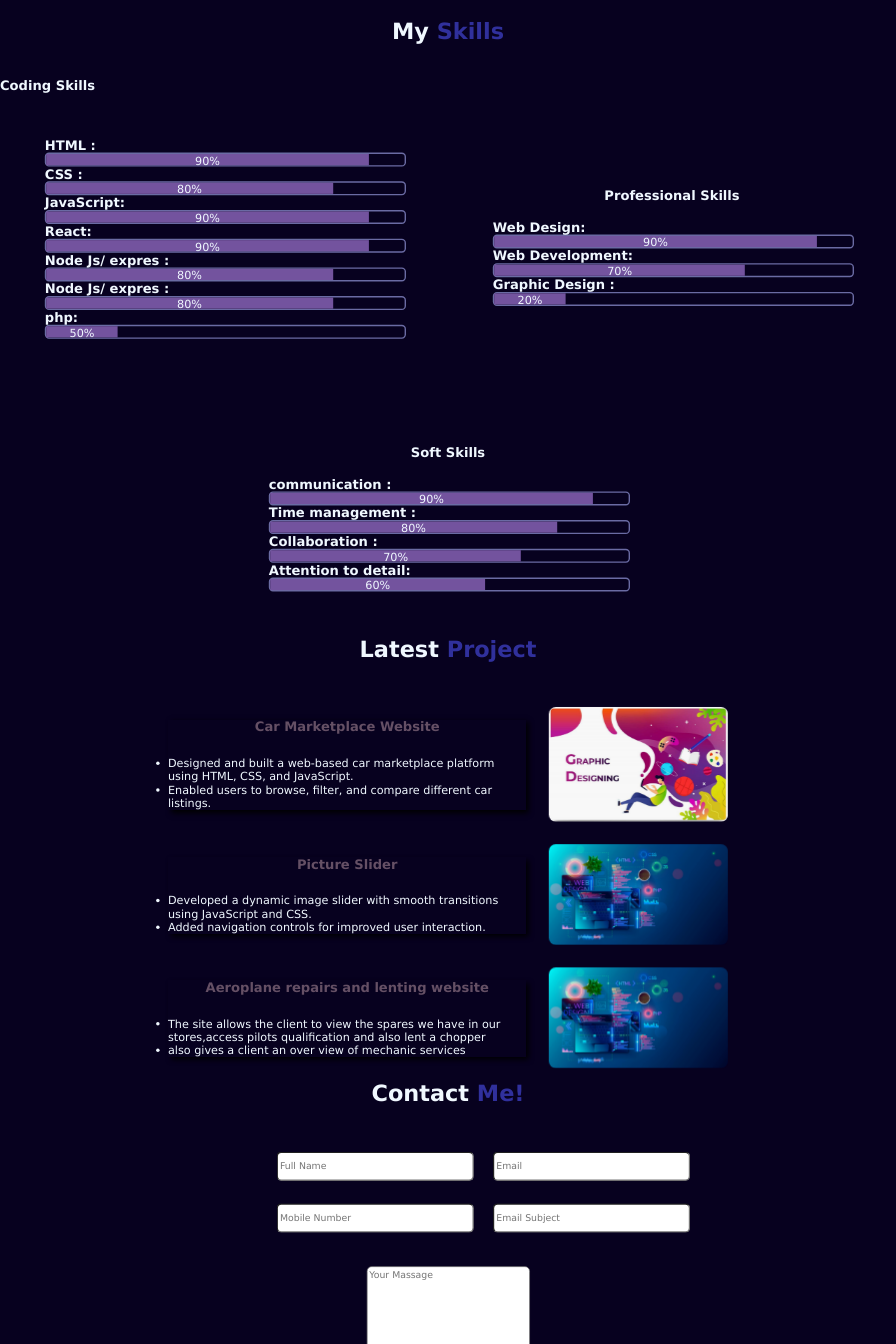
Repository: shrewd-baddest/portfolio
Page: myportfolio-main/index.html
These files come from the project's save history. The page is drawn as it stood at one moment and after the next save; the edit follows.
The browser window is 1280 px wide. The pictures show the part of the page from y = 1360 to 3280 px (the page is 3435 px tall before and 3394 px after), at 70% of full size.
Some web libraries are served in a nearby version.

Above is the page before, as saved 2025-06-24 07:51:06.

### myportfolio-main/index.html
<!DOCTYPE html>
<html lang="en">

<head>
    <meta charset="UTF-8">
    <meta http-equiv="X-UA-Compatible" content="IE=edge">
    <meta name="viewport" content="width=device-width, initial-scale=1.0">


    <title>PAUL ONSONGO - Software Engineer Portfolio</title>
  <link rel="stylesheet" href="/sting.css">

    <link rel="icon" href="img/Picsart_24-01-07_04-34-43-464.jpg">

</head>

<body>
    <!-- header design -->
    <header class="header">
        <a href="#" class="logo " >PAUL</a>
        <div id="menu_icon" class='menu_icon'>
            <img src="\myportfolio-main\img\menu.webp" alt="">
        </div>
        <nav class="navbar" id='navbar'>
            <a href="# " class="active">Home</a>
            <a href="#about">About</a>
            <a href="#skills">Skills</a>
            <a href="#portfolio">My Project</a>
            <a href="#contact">Contact</a>

         </nav>
    </header>

    <!-- home design -->
    <section class="home " id="home">
        <div class="home-content">
             <h1 class="names">Hallo, I'm <span>onsongo</span></h1>
            <div class="text-animate">
                <h3>And I'm a</h3>
                <h3><samp class="multiple-text"></samp></h3>
            </div>
            <p class="multiple-text">
                Aspiring software engineer, passionate about coding and problem-solving. Committed to learning,
                adapting, and contributing to innovative tech solutions.
            </p>
        </div>
            <div class="btn-box">
                <a href="#"  >requesting for a job opportunity</a>
            </div>

        <div class="home_sci">

            <a href="https://wa.me/0798233766" class='box-whatsapp' id="social"> <img src="\myportfolio-main\img\wozapu.png" alt=""></a>
            <a href="https://github.com/shrewd-baddest" class=' box-github' id="social"> <img src="\myportfolio-main\img\git1.png" alt=""></a>
             <a href="https://www.linkedin.com/in/paul onsongo" class=' box-linkedin' id="social"><img src="\myportfolio-main\img\linkedin.png" alt=""></a>

        </div>
    </section>

    <!-- about  -->
    <section class="about" id="about">
        <h2 class="heading">About <span>Me</span></h2>
  <div>

      <img src="\myportfolio-main\img\shrewd.jpg" alt="" id="shrewd">
  </div>

        <div class="about-content">
            <h3 class="cont-head">Frontend Developer !</h3>
            <p class="cont-par">Passionate third-year software engineering student dedicated to mastering the art of coding. Eager to
                explore diverse facets of technology, from algorithm design to web development. Enthusiastic about
                problem-solving and collaborating on innovative projects. Proficient in languages like JavaScript and it's frameworks like React,node js, express js ,   HTML /
                CSS and php. Constantly seeking opportunities to expand my skills and contribute to the ever-evolving tech
                landscape. Adept at adapting to new challenges, I aim to blend creativity with precision in crafting
                efficient software solutions. Outside the digital realm, I enjoy staying updated on industry trends and
                fostering a collaborative learning environment. Let's build the future together!</p>
        </div>

            <a href="#" class="btn">Read More</a>

    </section>

    <!-- Skills -->
    <section class="skills" id="skills">
        <h2 class="heading">My <span>Skills</span></h2>

                <h3 class="title">Coding Skills</h3>
                 <div class="grp">


                    <div class="skills-column">
                        <div class="progress">
                            <h3> HTML :</h3>
                            <div class="bar "><div class="ht ">90%</div></div>
                        </div>
                        <div class="progress">
                            <h3><i class='box-css3'></i>CSS :</h3>
                            <div class="bar"><div class="css">80%</div></div>
                        </div>
                        <div class="progress">
                            <h3><i class='bx box-javascript'></i>JavaScript:</h3>
                            <div class="bar"><div class="js">90%</div></div>
                        </div>
                      <div class="progress">
                            <h3><i class='bx box-javascript'></i>React:</h3>
                            <div class="bar"><div class="js">90%</div></div>
                        </div>
                        <div class="progress">
                            <h3><i class='box-css3'></i>Node Js/ expres :</h3>
                            <div class="bar"><div class="css">80%</div></div>
                        </div>
                        <div class="progress">
                            <h3><i class='box-css3'></i>Node Js/ expres :</h3>
                            <div class="bar"><div class="css">80%</div></div>
                        </div>
                        <div class="progress">
                              <h3><i class='bx box-javascript'></i>php:</h3>
                            <div class="bar"><div class="py">50%</div></div>

                </div>
            </div>
            <div class="skills-column">
                <h3 class="title">Professional Skills</h3>

                        <div class="progress">
                            <h3>Web Design:</h3>
                            <div class="bar"><div class="WG">90%</div></div>
                        </div>
                        <div class="progress">
                            <h3>Web Development:</h3>
                            <div class="bar"><div class="WD">70%</div></div>
                        </div>
                        <div class="progress">
                            <h3>Graphic Design :</h3>
                            <div class="bar"><div class="GD">20%</div></div>
                        </div>

                    </div>

            <div class="skills-column">
                <h3 class="title">Soft Skills</h3>
                <div class="skills-box">
                    <div class="skills-content">
                        <div class="progress">
                            <h3>communication :</h3>
                            <div class="bar"><div class="CO">90%</div></div>
                        </div>
                        <div class="progress">
                            <h3>Time management :</h3>
                            <div class="bar"><div class="TM">80%</div></div>
                        </div>
                        <div class="progress">
                            <h3>Collaboration :</h3>
                            <div class="bar"><div class="CB">70%</div></div>
                        </div>
                        <div class="progress">
                            <h3>Attention to detail:</h3>
                            <div class="bar"><div class="AT">60%</div></div>
                        </div>
                    </div>
                </div>
            </div>
        </div>

        </div>

    </section>

    <!-- portfolio -->
    <section class="portfolio" id="portfolio">
        <h2 class="heading">Latest <span>Project</span></h2>
        <div class="portfolio-container">
            <div class="portfolio-box">
                <div class="portfolio-layer">
                 <a href=""> <h3>Car Marketplace Website</h3> </a>
                  <ul>
                    <li>Designed and built a web-based car marketplace platform using HTML, CSS, and JavaScript.</li>
                    <li>Enabled users to browse, filter, and compare different car listings.</li>
                  </ul>



                 </div>
                <img src="img/grp.jpg" class="imag">
            </div>
            <div class="portfolio-box">
                <div class="portfolio-layer">
                   <a href=""> <h3>Picture Slider</h3></a>
                    <ul>
                        <li>Developed a dynamic image slider with smooth transitions using JavaScript and CSS.</li>
                        <li>Added navigation controls for improved user interaction.</li>
                    </ul>


                    <a href="#"><i class='bx bx-link-external'></i></a>
                </div>
                <img src="img/dhls5o34.png" class="imag">
           </div>

            <div class="portfolio-box">
                <div class="portfolio-layer">
                <a href=""><h3>Aeroplane repairs and lenting website </h3></a>
             <ul>
      <li>The site allows the client to view the spares we have in our stores,access pilots qualification and also lent a chopper</li>
      <li> also gives a client an over view of mechanic services</li>
             </ul>
                <a href="#"><i class='bx bx-link-external'></i></a>
            </div>
                <img src="img/dhls5o34.png" class="imag">

            </div>

        </div>
    </section>

    <!-- Contact -->
    <section class="contact" id="contact">
        <h2 class="heading">Contact <span>Me!</span></h2>
        <form action="#">
            <div class="input-box">
                <div class="input-field">
                    <input id="name" type="text" placeholder="Full Name" required>
                </div>
                <div class="input-field">
                    <input id="email" type="email" placeholder="Email" required>
                </div>
            </div>
            <div class="input-box">
                <div class="input-field">
                    <input id="mobile" type="number" placeholder="Mobile Number" required>
                </div>
                <div class="input-field">
                    <input id="emails" type="text" placeholder="Email Subject" required>
                </div>
            </div>
            <div class="textarea-field">
                <textarea id="massage" cols="30" rows="10" placeholder="Your Massage" required></textarea>

                <input type="submit" id="sub">
            </div>

        </form>
    </section>
    <!-- /Contact -->

    <footer class="footer">
        <div class="footer-text">
            <p>Copyright &copy; 2025 by onsongo | All Rights Reserved</p>
        </div>
        <div class="footer-iconTop">
            <a href="#"><i class='bx bx-upvote'></i></a>
        </div>
    </footer>
    <script src="https://cdnjs.cloudflare.com/ajax/libs/gsap/3.12.2/gsap.min.js"></script>
    <script src="https://cdnjs.cloudflare.com/ajax/libs/gsap/3.12.2/ScrollTrigger.min.js"></script>

    <script src="./script.js"></script>
    <script>
        const tl=gsap.timeline()
 tl.from('.names',
 {
       x:-100,
opacity:0,
duration:2,
}).from('.text-animate',{
x:-100,
opacity:0,
duration:2,
}).from('.multiple-text',{
    fontSize:'0.2',
    duration:3,
    ease:Power2.inOut,
}).from('#social',{
    y:-100,
opacity:0,
ease:'bounce',
    stagger:{
       amount:1.5,
        grid:'auto',
        axis:'y',
        from:'end',
    }
})
gsap.timeline({scrollTrigger: {
    trigger: '#shrewd',
    start: 'top 90%',
    end: 'bottom 70%',

  }}).from('#shrewd',{
    y:200,
    duration:1,
    opacity:0,


 }).from('.cont-head',{
    fontSize:'0.2',
    duration:1,
    ease:Power2.in,

}).from('.cont-par',{
    fontSize:'0.2',
    duration:3,
    ease:Power2.inOut,

})


gsap.timeline({
  scrollTrigger: {
    trigger: '.portfolio',
    start: 'top 90%',
    end: 'bottom 70%',
    toggleActions: 'play none none none'
  }
})
.from(".portfolio-layer", {
  x: -200,
  opacity: 0,
      duration:1,
  stagger: {
    amount:1.5,
    each: 1,
  }
}).from(".imag",{
     delay:0.4,
    opacity:0,
    duration:0.5,
    y:-40,
    ease:"bounce",

})


    </script>
</body>

</html>

### sting.css
*{
    margin: 0%;
    font-family: Verdana, Geneva, Tahoma, sans-serif;
    color: aliceblue;
    margin: 0;
    padding: 0;
     text-decoration: none;
    scroll-behavior: smooth;
 }
body{
    background-color: #07011f;
     position: relative;
     overflow-x: hidden;
}
.header{
    display:flex;
    flex-direction: row;
    flex-wrap: nowrap;
    position: sticky;
    top: 0%;
    background-color: black;
    z-index: 1000;
}
.logo{
    margin: 2rem;
    color: rgb(194, 154, 233);
    font-size: 1.5rem;
    font-weight: bolder;
    text-decoration: none;
}
.navbar{
    display: grid;
    grid-template-columns:   auto auto auto auto auto;
    position: absolute;
right: 9%;
margin-top : 2rem;
z-index: 999;

/* flex-wrap: nowrap; */

}
.navbar a{
    text-decoration: none;
    /* margin-left:2%; */
    margin-left:1.3rem;
}
.navbar a:active,a:hover {
    color: rgb(24, 74, 117);
}
 #menu_icon img{
  width:5%;
  /* height: 5%; */
  margin-top : 1.5rem;
  position: absolute;
  right: 10px;

}
.menu_icon{
  display: none;
}

.disappear{
  display: none;
}

.cool{

  display: flex;
  justify-content: center;
  align-items: center;
  flex-direction: column;

  background-color: rgb(31, 29, 33);
  list-style-type: none;
  color: rgb(35, 21, 65);
  /* max-height: 60%; */


}

.home_sci{
 display: flex;
 flex-direction: row;
 flex-wrap: nowrap;
 margin: 5rem;
}

.home_sci a img{
  width: 50%;
}

.home-content{
   margin-left: 3rem;
   max-width: 45%;
}
.home-content h1{
font-size: 2rem;
margin-top: 5rem;
margin-bottom: 4rem;
}
.text-animate h3{
    font-size: 1.4rem;
    color: rgb(178, 178, 215);
}
.home>.btn-box {
    border: 0px solid;
    margin: 3rem;
    background-color: rgb(112, 112, 162);
    padding:4px;

    border-radius: 7px;
    max-width: fit-content;
}
.btn-box a{
    text-decoration: none;

}

.about{
  background-color: rgb(29, 28, 54);
  margin-bottom: 3rem;
  padding-bottom: 3rem;

}
.about>.heading{
  font-size: 2rem;
  text-align: center;
}
.about>.heading >span{
  color: blueviolet;
}
.btn{
  border: 0px solid;
  margin: 3rem;
  background-color: rgb(112, 112, 162);
  padding:4px;

  border-radius: 7px;
  max-width: fit-content;
}
 #shrewd{
 margin-left: 30%;
  width: 35%;
  height: fit-content;
  border-radius: 50%;
 }

.about-content {
  text-align: center;
}
.about-content h3 {
  display: inline-block;
  font-size: 2.6rem;
}
.about-content p {
  font-size: 1rem;
  margin:  3rem;
}
.btn-box{
  color: white;
  margin: auto;

   transition-duration: 1s;
}
.btn-box:hover{
  background-color: rgb(29, 28, 54);
  border: 1px solid white;
}
.grp{
  display: flex;
  justify-content: center;
   align-items: center;
  flex-direction: row;
  flex-wrap: wrap;
}
 .bar{
  /* position: relative; */
  /* box-sizing: border-box; */
  height: 1rem;
  border: 2px rgb(106, 107, 163) solid;
  border-radius: 6px;
  width: 100%;

 }
 .skills-column{
  border: 0px blue solid;
  margin: 4rem;
  width:40%;
 }
.ht {
  /* position: absolute; */
  height: 1rem;
  width: 90%;
  text-align: center;
  background-color: rgb(115, 83, 158);
 }
.skills>.heading{
  text-align: center;
  font-size: 2rem;
  margin-bottom: 3rem;
}
.skills>.heading span{
  color: rgb(48, 48, 156);
}
.skills div>.title{
  margin: 1.5rem;
  text-align: center;
}
.css {
  /* position: absolute; */
  height: 1rem;
  width: 80%;
  text-align: center;
  background-color: rgb(115, 83, 158);
 }
 .js{
  /* position: absolute; */
  height: 1rem;
  width: 90%;
  background-color: rgb(115, 83, 158);
  text-align: center;
 }
 .py{
  /* position: absolute; */
  height: 1rem;
  width: 20%;
  background-color: rgb(115, 83, 158);
  text-align: center;
 }
 .WG{
    height: 1rem;
  width: 90%;
  background-color: rgb(115, 83, 158);
  text-align: center;
 }
 .WD{
    height: 1rem;
  width: 70%;
  background-color: rgb(115, 83, 158);
  text-align: center;
 }
 .GD{
    height: 1rem;
  width: 20%;
  background-color: rgb(115, 83, 158);
  text-align: center;
 }

 .CO{
  height: 1rem;
width: 90%;
background-color: rgb(115, 83, 158);
text-align: center;
}
.TM{
  height: 1rem;
width: 80%;
background-color: rgb(115, 83, 158);
text-align: center;
}
.CB{
  height: 1rem;
width: 70%;
background-color: rgb(115, 83, 158);
text-align: center;
}
.AT{
  height: 1rem;
width: 60%;
background-color: rgb(115, 83, 158);
text-align: center;
}
.portfolio-box{
  display: flex;
  justify-content: center;
  align-items: center;

}
.portfolio-layer{
 max-width: 40%;
  box-shadow: 4px 4px 8px black;
  margin: 1rem;
}
.portfolio-layer h3{
    text-align: center;
    margin-bottom: 2rem;
    color: rgb(101, 80, 101);
  }
  .portfolio-layer a{
    text-decoration: none;
  }

.portfolio-box img{
   width: 20%;
   height: 20%;
  margin: 1rem;
  border-radius: 10px;
}
.portfolio>.heading{
  text-align: center;
  font-size: 2rem;
  margin-bottom: 3rem;
}
.portfolio>.heading span{
  color: rgb(48, 48, 156);
}
/* form{
  display: flex;
  justify-content: center;
  align-items: center;
  flex-direction: row;
  flex-wrap: wrap;
} */
.input-box{
  display: flex;
  justify-content: center;
  align-items: center;

  flex-wrap: wrap;
}

.input-field{
  margin: 4rem;
  margin-bottom: 1rem;
  margin-top: 1rem;

}
.input-field>input{
  width: 150%;
  height: 2rem;
  padding: 3px;
  border-radius: 7px;
  color:black;

}

.contact>.heading{
  text-align: center;
  font-size: 2rem;
  margin-bottom: 3rem;
}
.contact>.heading span{
  color: rgb(48, 48, 156);
}
.textarea-field{
 /* position: absolute; */
display: flex;
justify-content: center;
align-items: center;
flex-direction: column;
  color:black;

  /* background-color: rgb(54, 29, 111); */
}
input[type='submit']{
  color: red;
  padding: 3px;

}
#massage{
  padding: 3px;
  margin:2rem ;
  border-radius: 7px;
}
#sub{
  margin: 1rem;
  border-radius: 7px;

}
#sub:hover{
  cursor: pointer;

}

### myportfolio-main/script.js


const menuicon = document.getElementById("menu_icon");
const navbar = document.getElementById("navbar");
  let parentelem=navbar.closest('.header')


   let isElementCreated = false;
     window.addEventListener("resize",()=>{

         const screenWidth = window.screen.width; // Total screen width
         const currentWidth = window.innerWidth;
 if(currentWidth<=screenWidth * 0.4 && !isElementCreated) {
         menuicon.classList.remove("menu_icon");
         navbar.style.display= "none";
        menuicon.addEventListener('click',()=>{

 if( navbar.style.display==="none"){
    navbar.style.display= "grid";
    parentelem.classList.remove('header')
    navbar.classList.replace('navbar','cool');

 }
 else{
        navbar.style.display= "none";
 }

})
 isElementCreated =true;
 }
         else if(currentWidth > screenWidth * 0.4 && isElementCreated){
             // results.textContent="screenWidth";
                    //  const element=document.getElementById("dope");

                    navbar.style.display= "grid";
                    menuicon.classList.add("menu_icon");


if(navbar .classList.contains("cool")){
       parentelem.classList.add('header')
 navbar.classList.replace("cool","navbar");
}




isElementCreated = false;

         }})

After the next save:
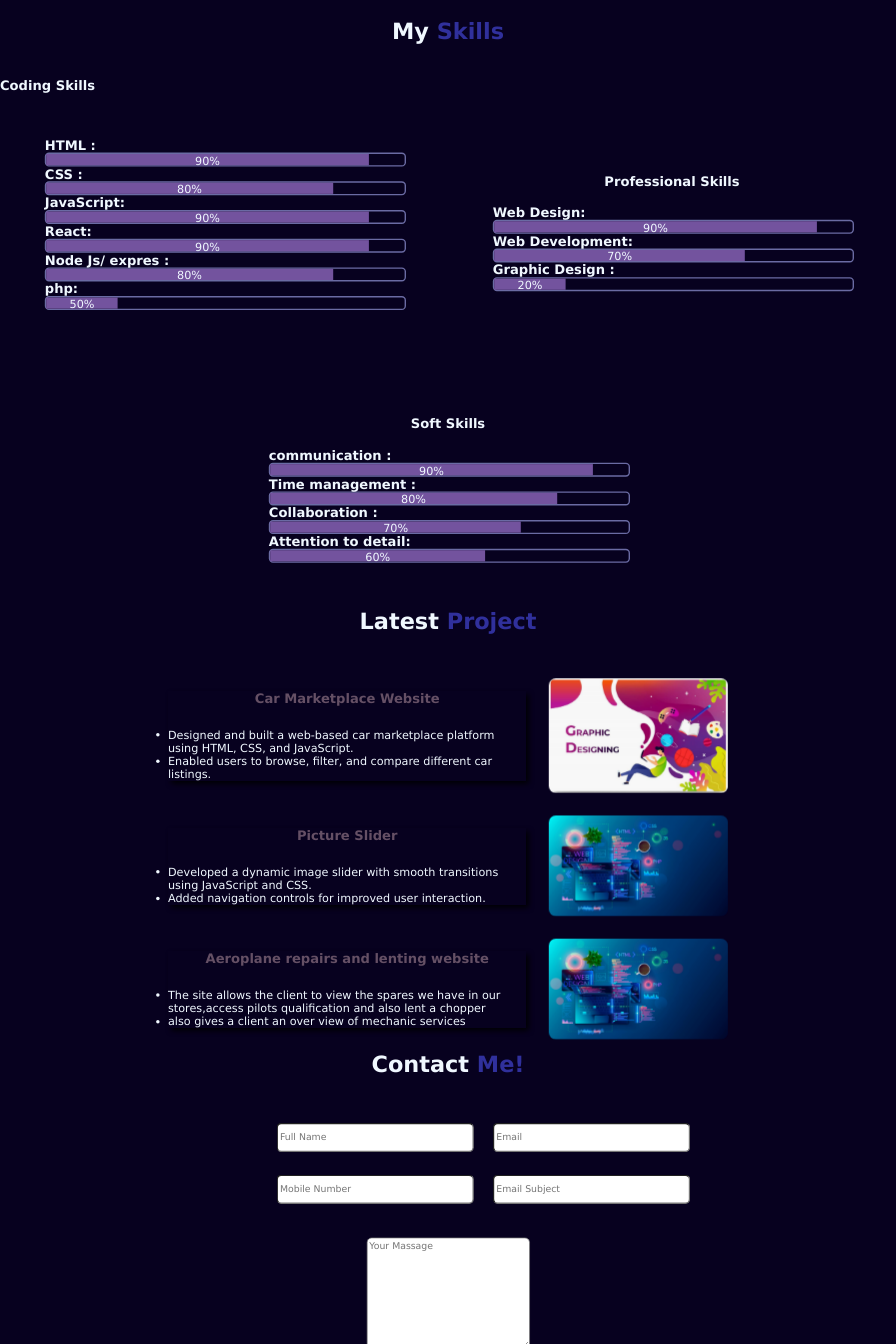
Saved 42 s later.
--- a/myportfolio-main/index.html
+++ b/myportfolio-main/index.html
@@ -109,10 +109,7 @@
                             <h3><i class='box-css3'></i>Node Js/ expres :</h3>
                             <div class="bar"><div class="css">80%</div></div>
                         </div>
-                        <div class="progress">
-                            <h3><i class='box-css3'></i>Node Js/ expres :</h3>
-                            <div class="bar"><div class="css">80%</div></div>
-                        </div>
+
                         <div class="progress">
                               <h3><i class='bx box-javascript'></i>php:</h3>
                             <div class="bar"><div class="py">50%</div></div>
